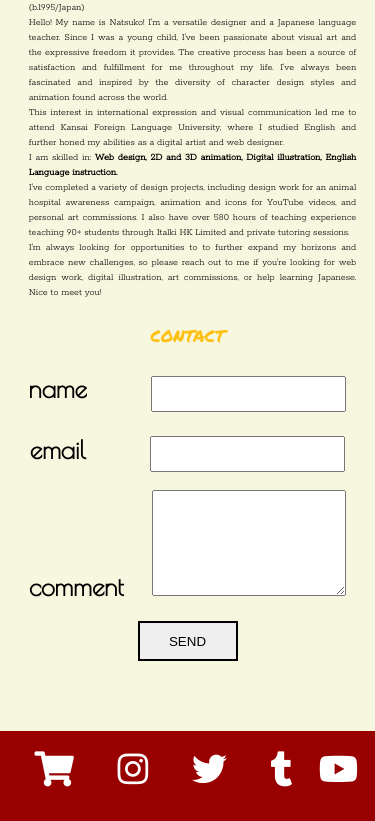
Repository: Natsuko0920/natsukohorii.github.io
Page: toppage/index.html
The author's editor kept a record of every edit. The page is drawn from the files as they stood at one moment, then again after the next edit.
The browser window is 375 px wide. The pictures show the part of the page from y = 748 to 1569 px (the page is 1569 px tall before and 1469 px after).
A picture or video elsewhere on the page could not be fetched, so the positions and the page height are approximate. Some web libraries are served in a nearby version.

Above is the page before.

After the next edit:
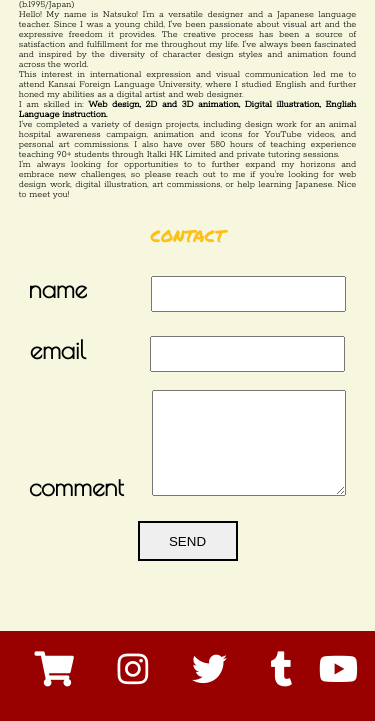
The edit:
--- a/toppage/index.css
+++ b/toppage/index.css
@@ -102,9 +102,8 @@
 h2{
   font-size:10px;
 font-family: 'Rokkitt', serif;
-  line-height: 15px;
+  line-height: 10px;
   font-weight: lighter;
-  margin-left:10px;
    text-align:justify;
 }
 
